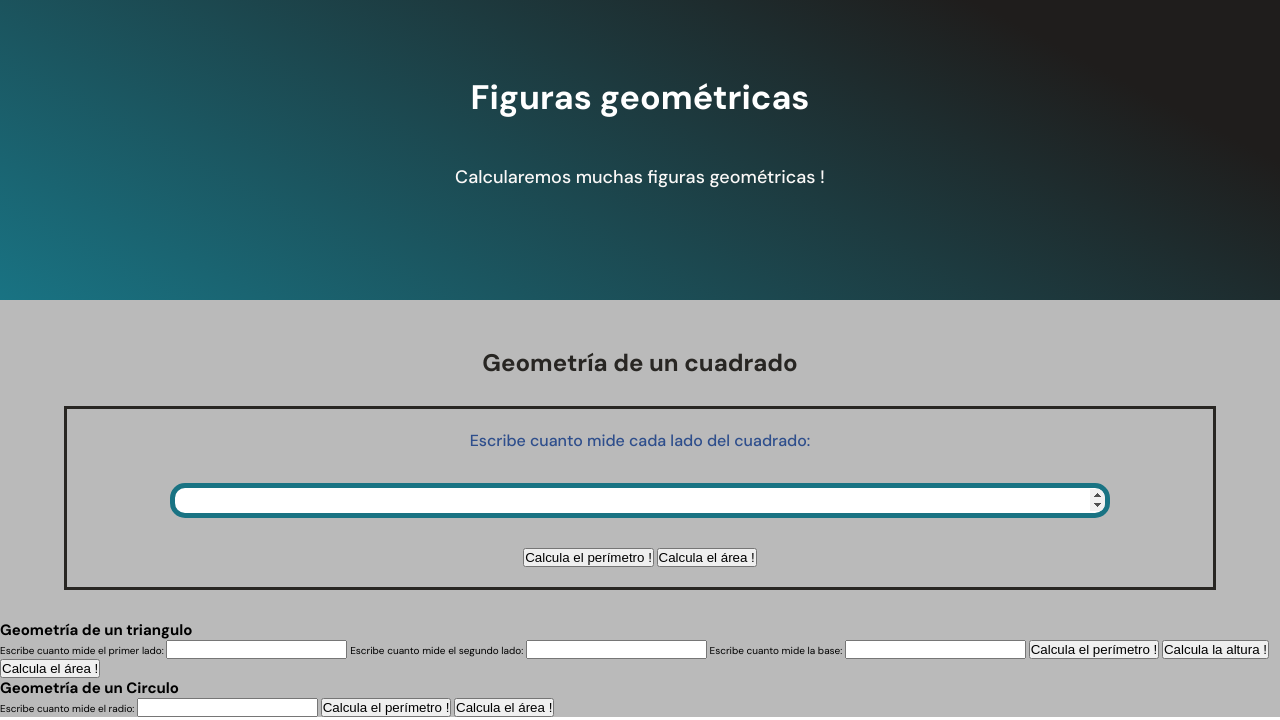
Repository: ChristianGecchelin/javascript-project
Page: javascript-project/figuras-geometricas/figuras.html
An editor plug-in stored every save of this project. The page is shown before and after the next save, followed by the edit.
The browser window is 1280 px wide. The pictures show the whole page.
The pointer rests on the first visible `.main-calculadora-form-contenedor .form--input`.

Above is the page before, as saved 2021-12-01 23:41:01.

### javascript-project/figuras-geometricas/figuras.html
<!DOCTYPE html>
<html lang="en">
  <head>
    <meta charset="UTF-8" />
    <meta http-equiv="X-UA-Compatible" content="IE=edge" />
    <meta name="viewport" content="width=device-width, initial-scale=1.0" />
    <title>Figuras geométricas | Proyecto 1</title>
    <link rel="preconnect" href="https://fonts.googleapis.com" />
    <link rel="preconnect" href="https://fonts.gstatic.com" crossorigin />
    <link
      href="https://fonts.googleapis.com/css2?family=DM+Sans:wght@400;500;700&family=Inter:wght@300;500&display=swap"
      rel="stylesheet"
    />
    <link rel="stylesheet" href="./style.css" />
  </head>
  <body>
    <header>
      <div class="header--title-container">
        <h1>Figuras geométricas</h1>
        <p>Calcularemos muchas figuras geométricas !</p>
      </div>
    </header>
    <main>
      <section class="main-calculadora-contenedor">
        <h2 class="main-calculadora-contenedor--title">
          Geometría de un cuadrado
        </h2>
        <div class="main-calculadora-form-contenedor">
          <form action="">
            <label class="form--label-input" for=""
              >Escribe cuanto mide cada lado del cuadrado:</label
            >
            <input class="form--input" type="number" id="inputCuadrado" />
            <button type="button" onclick="calcularPerimetroCuadrado()">
              Calcula el perímetro !
            </button>
            <button type="button" onclick="calcularAreaCuadrado()">
              Calcula el área !
            </button>
            <!-- type button, para quitarle el submit por defecto y que no me redireccione a ningun lado -->
          </form>
        </div>
      </section>
      <section>
        <h2>Geometría de un triangulo</h2>
        <form action="">
          <label for="">Escribe cuanto mide el primer lado:</label>
          <input type="number" id="inputLado1" />
          <label for="">Escribe cuanto mide el segundo lado:</label>
          <input type="number" id="inputLado2" />
          <label for="">Escribe cuanto mide la base:</label>
          <input type="number" id="inputBase" />
          <button type="button" onclick="calcularPerimetroTriangulo()">
            Calcula el perímetro !
          </button>
          <button type="button" onclick="calcularAlturaTriangulo()">
            Calcula la altura !
          </button>
          <button type="button" onclick="calcularAreaTriangulo()">
            Calcula el área !
          </button>
          <!-- type button, para quitarle el submit por defecto y que no me redireccione a ningun lado -->
        </form>
      </section>
      <section>
        <h2>Geometría de un Circulo</h2>
        <form action="">
          <label for="">Escribe cuanto mide el radio:</label>
          <input type="number" id="inputRadio" />
          <button type="button" onclick="calcularPerimetroCirculo()">
            Calcula el perímetro !
          </button>
          <button type="button" onclick="calcularAreaCirculo()">
            Calcula el área !
          </button>
          <!-- type button, para quitarle el submit por defecto y que no me redireccione a ningun lado -->
        </form>
      </section>
    </main>
    <script src="./figurasConFunciones.js"></script>
  </body>
</html>

### javascript-project/figuras-geometricas/style.css
:root {
  --Dark-lightblue: #197383;
  --soft-orange: #ffe9d5;
  --secondary-blue: #1a9af7;
  --soft-blue: #e7f5ff;
  --warm-black: #201e1c;
  --black: #282623;
  --grey: #bababa;
  --off-white: #faf8f7;
  --just-white: #fff;
}
* {
  box-sizing: border-box;
  margin: 0;
  padding: 0;
}
html {
  font-size: 62.5%;
  font-family: "DM Sans", sans-serif;
}
header {
  position: relative;
  display: flex;
  flex-direction: column;
  justify-content: center;
  width: 100%;
  min-width: 320px;
  height: 300px;
  text-align: center;
  background: linear-gradient(207.8deg, #1f1d1c 16.69%, #197383 100%);
}
header .header--title-container {
  width: 90%;
  min-width: 288px;
  max-width: 900px;
  height: 200px;
  text-align: center;
  align-self: center;
}
header .header--title-container h1 {
  margin-top: 30px;
  margin-bottom: 50px;
  font-size: 3.4rem;
  font-weight: 700;
  line-height: 3.6rem;
  color: var(--just-white);
}
header .header--title-container p {
  font-size: 1.8rem;
  font-weight: 500;
  line-height: 2.2rem;
  color: var(--off-white);
}
main {
  width: 100%;
  height: auto;
  background-color: var(--grey);
  min-width: 320px;
}
.main-calculadora-contenedor {
  width: 90%;
  min-width: 280px;
  height: auto;
  margin: 0 auto;
  padding-top: 50px;
  padding-bottom: 30px;
  text-align: center;
}
.main-calculadora-contenedor--title {
  margin-bottom: 30px;
  font-size: 2.4rem;
  font-weight: 700;
  line-height: 2.6rem;
  color: var(--black);
}
.main-calculadora-form-contenedor {
  display: flex;
  flex-direction: column;
  justify-content: center;
  height: auto;
  border: 3px solid var(--black);
  padding: 20px 20px;
}
.main-calculadora-form-contenedor .form--label-input {
  display: block;
  font-size: 1.6rem;
  font-weight: 500;
  line-height: 2.4rem;
  color: rgba(34, 68, 136, 0.92);
}
.main-calculadora-form-contenedor .form--input {
  display: block;
  width: 80%;
  height: 35px;
  margin: 30px auto;
  border: none;
  border-radius: 15px;
  text-align: center;
  font-size: 2rem;
  font-weight: 500;
}
.main-calculadora-form-contenedor .form--input:hover {
  border: 5px solid var(--Dark-lightblue);
  width: 85%;
  border-radius: 15px;
}

### javascript-project/figuras-geometricas/figurasConFunciones.js
/* Codigo del cuadrado */
console.group("Cuadrado");
function perimetroCuadrado(lado) {
  return lado * 4;
}
/* console.log(`Perimetro del cuadrado es: ${perimetroCuadrado} cm.`); */
function areaCuadrado(lado) {
  return (
    lado ** 2
  ); /* debe estar escrito de igual manera el parametro que el return */
}

/* console.log(`El area del cuadrado es: ${areaCuadrado} cm^2.`); */
console.groupEnd();

/* Codigo del triangulo */
console.group("Triangulo");

function perimetroTriangulo(lado1, lado2, base) {
  return lado1 + lado2 + base;
}
function calcularAltura(lado1, lado2, lado3) {
  let ladosIguales;
  let ladoBase;
  let altura;

  if (
    lado1 + lado2 <= lado3 ||
    lado1 + lado3 <= lado2 ||
    lado2 + lado3 <= lado1
  ) {
    alert(
      "En un triangulo la base no puede ser mayor a la suma de sus catetos"
    );
  } else {
    switch (true) {
      case lado1 === lado2:
        ladosIguales = lado1;
        ladoBase = lado3;
        break;
      case lado1 === lado3:
        ladosIguales = lado1;
        ladoBase = lado2;
        break;
      case lado3 === lado2:
        ladosIguales = lado2;
        ladoBase = lado1;
        break;
    }
    if (!ladosIguales) {
      alert("Tu triangulo no es isosceles, ingresa la altura");
    } else {
      altura = Math.sqrt(ladosIguales ** 2 - ladoBase ** 2 / 4);
    }
  }
  return ladosIguales, ladoBase, altura;
}
function areaTriangulo(ladoBase, altura) {
  return (
    (ladoBase * altura) / 2
  ); /* tengo que llamar a la funcion altura para pasarle el dato */
}
console.groupEnd();

//Codigo Circulo
console.group("Circulo");
function diametroCirculo(radio) {
  return radio * 2;
}
const pi = Math.PI;
function circunferencia(radio) {
  const diametro = diametroCirculo(radio);
  /* llamo a una funcion dentro de otra y creo una variable que tiene alcance local */
  return diametro * pi;
}
function superficieCirculo(radio) {
  return pi * radio ** 2;
}

console.groupEnd();
/* Creo una funcion, que a traves del id obtengo lo que el usuario ingreso en el input. y con eso le saco el value que le paso
a la funcion que cree antes y es la encargada de hacer el calculo para luego mostrarse en un aler */
function calcularPerimetroCuadrado() {
  const input = document.getElementById("inputCuadrado");
  const value = input.value;
  const perimetro = perimetroCuadrado(value);
  alert(perimetro);
}
function calcularAreaCuadrado() {
  const input = document.getElementById("inputCuadrado");
  const value = input.value;
  const area = areaCuadrado(value);
  alert(area);
}

function calcularPerimetroTriangulo() {
  const inputLado1 = document.getElementById("inputLado1");
  const valueLado1 = Number(inputLado1.value);
  const inputLado2 = document.getElementById("inputLado2");
  const valueLado2 = Number(inputLado2.value);
  const inputBase = document.getElementById("inputBase");
  const valueBase = Number(inputBase.value);
  /* Es importante ponerle number porque por mas que el input tenga type number, este lo transforma como un string */
  const perimetro = perimetroTriangulo(valueLado1, valueLado2, valueBase);
  alert(perimetro);
}

function calcularAlturaTriangulo() {
  const inputLado1 = document.getElementById("inputLado1");
  const valueLado1 = Number(inputLado1.value);
  const inputLado2 = document.getElementById("inputLado2");
  const valueLado2 = Number(inputLado2.value);
  const inputBase = document.getElementById("inputBase");
  const valueBase = Number(inputBase.value);
  const alturaTriangulo = calcularAltura(valueLado1, valueLado2, valueBase);
  alert(alturaTriangulo);
}

function calcularAreaTriangulo() {
  /* const inputAltura = document.getElementById("inputAltura");
  const valueAltura = Number(inputAltura.value);
  const inputBase = document.getElementById("inputBase");
  const valueBase = inputBase.value;
  const area = areaTriangulo(valueAltura, valueBase);
  alert(area); */
  const inputLado1 = document.getElementById("inputLado1");
  const valueLado1 = Number(inputLado1.value);
  const inputLado2 = document.getElementById("inputLado2");
  const valueLado2 = Number(inputLado2.value);
  const inputBase = document.getElementById("inputBase");
  const valueBase = Number(inputBase.value);
  const altura = calcularAltura(valueLado1, valueLado2, valueBase);
  const area = areaTriangulo(valueBase, altura);
  alert(area);
}

function calcularPerimetroCirculo() {
  const inputRadio = document.getElementById("inputRadio");
  const valueRadio = inputRadio.value;
  const perimetro = circunferencia(valueRadio);
  alert(perimetro);
}
function calcularAreaCirculo() {
  const inputRadio = document.getElementById("inputRadio");
  const valueRadio = inputRadio.value;
  const superficie = superficieCirculo(valueRadio);
  alert(superficie);
}

After the next save:
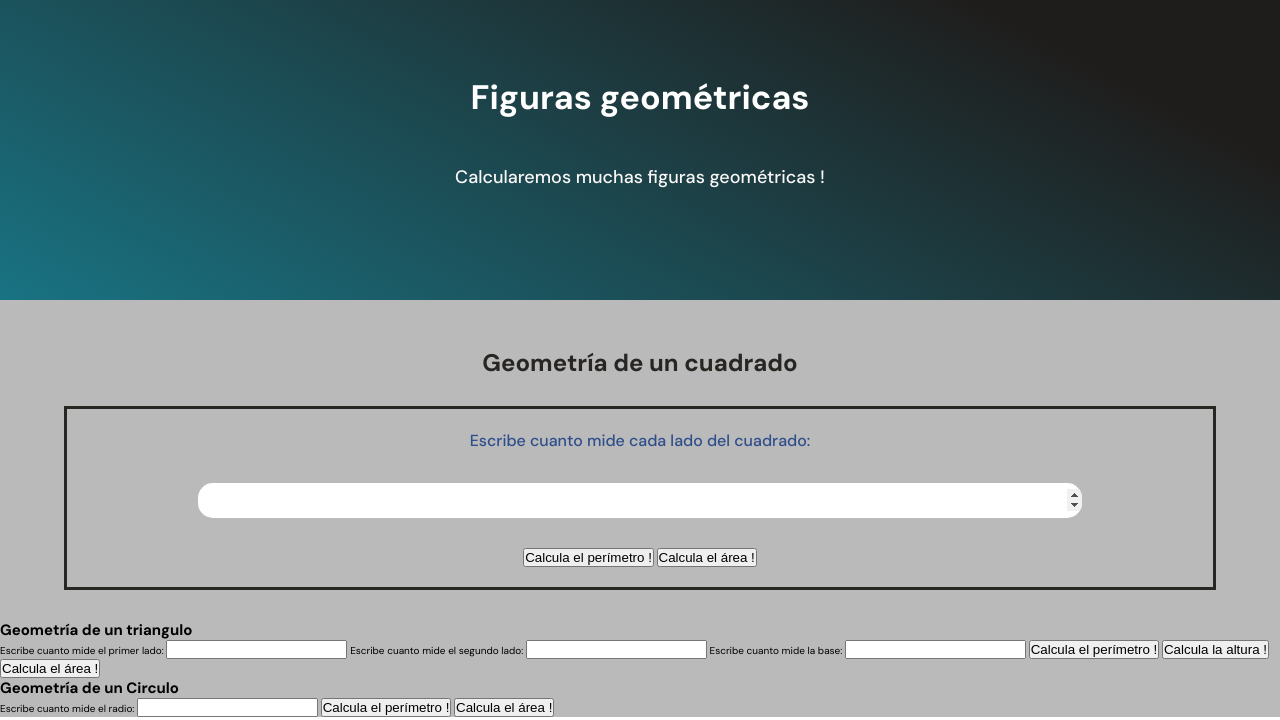
Saved 38 s later.
--- a/javascript-project/figuras-geometricas/style.css
+++ b/javascript-project/figuras-geometricas/style.css
@@ -99,7 +99,7 @@ main {
   font-size: 2rem;
   font-weight: 500;
 }
-.main-calculadora-form-contenedor .form--input:hover {
+.main-calculadora-form-contenedor .form--input:focus {
   border: 5px solid var(--Dark-lightblue);
   width: 85%;
   border-radius: 15px;
